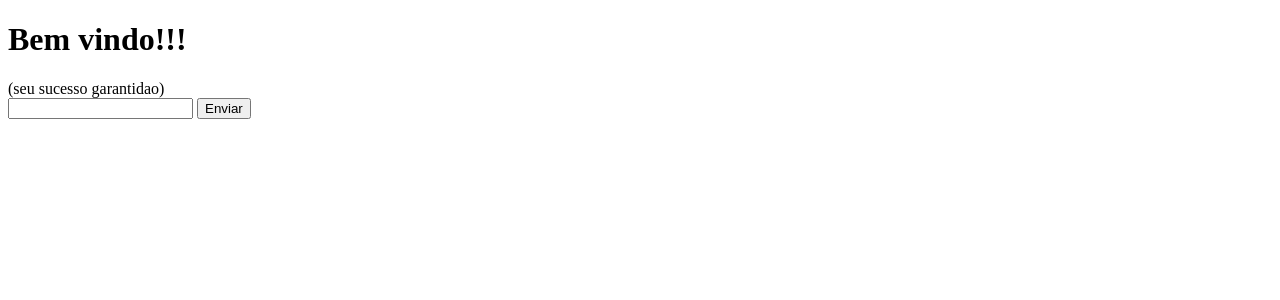
Repository: ClaytonEduard/cursojdev
Page: http://localhost/curso-jsp/
An editor plug-in stored every save of this project. The page is shown before and after the next save, followed by the edit.
The browser window is 1280 px wide. The pictures show the whole page.
The page is served by Tomcat 9.

Above is the page before, as saved 2020-06-17 15:29:00.

After the next save:
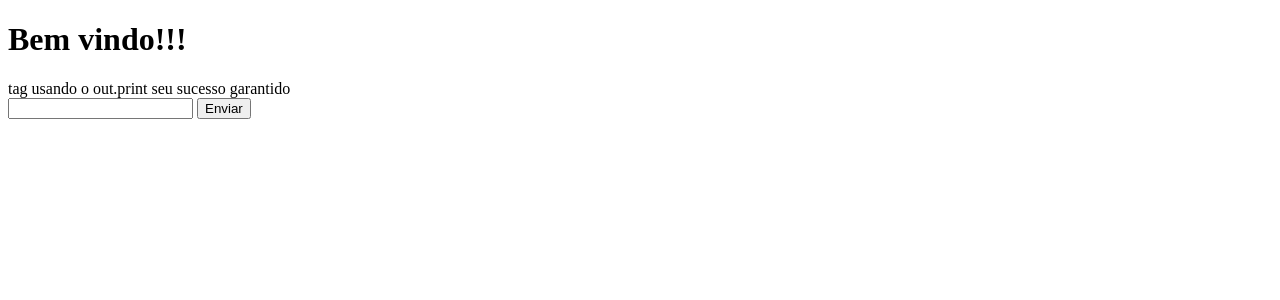
Saved 30 s later.
--- a/curso-jsp/WebContent/index.jsp
+++ b/curso-jsp/WebContent/index.jsp
@@ -10,9 +10,11 @@
 <body>
  <h1>Bem vindo!!!</h1>
 
+ tag usando o out.print
+ <%="seu sucesso garantido"
+ %>
 
-<!--  tag usando expressao = -->
-<%= "(seu sucesso garantidao)" %>
+
 
  <form action="receber-nome.jsp">
 
